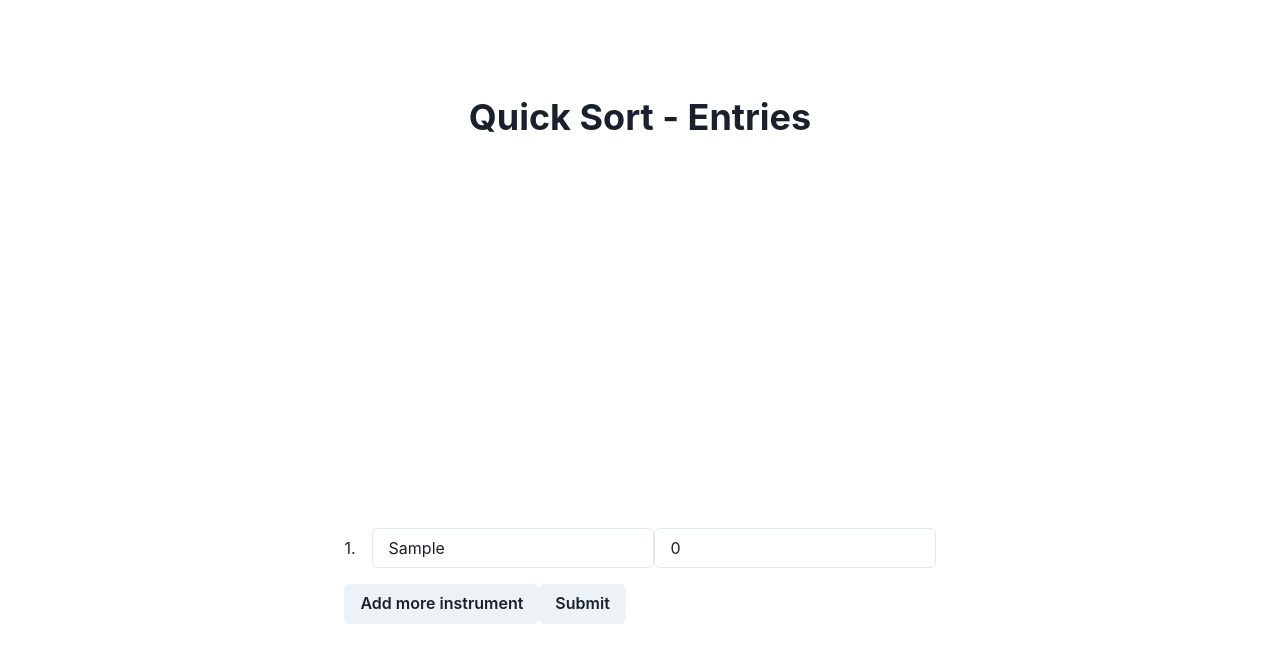
Repository: rohit-jindal18/stock-trailer
Page: /home
These files come from the project's save history. The page is drawn as it stood at one moment and after the next save; the edit follows.
The browser window is 1280 px wide. The pictures show the whole page.
The project was rebuilt for these pictures with package versions that can differ from the ones it lists, and the page was loaded fresh each time. The framework's server and built-in components were replaced by stand-ins that run in the browser. Also part of the build but not shown: next.config.js.

Above is the page before, as saved 2023-03-14 15:02:07.

After the next save:
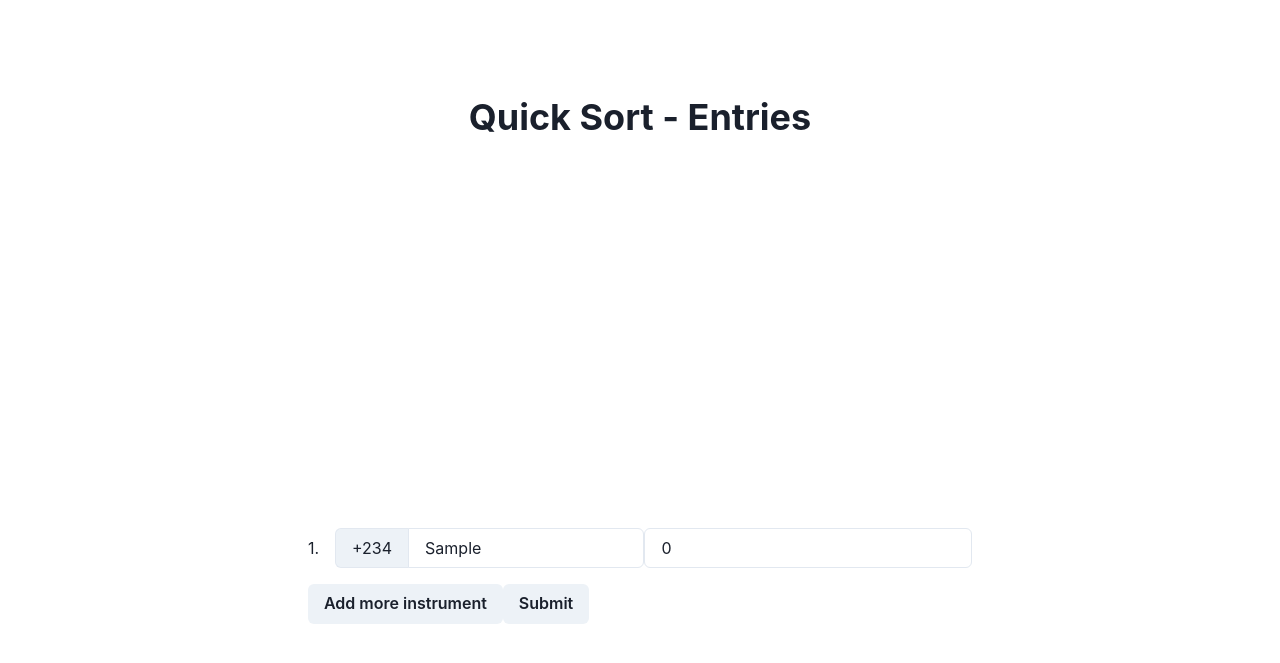
Saved 77 s later.
--- a/src/pages/home.tsx
+++ b/src/pages/home.tsx
@@ -1,4 +1,4 @@
-import { Box, Button, Heading, Input, Text } from '@chakra-ui/react'
+import { Box, Button, Heading, Input, InputGroup, InputLeftAddon, Text } from '@chakra-ui/react'
 import styles from '@stock-trailer/styles/Home.module.css'
 import { IInstrumentInfo } from '@stock-trailer/types'
 import { Inter } from 'next/font/google'
@@ -30,14 +30,18 @@ export default function Authorize() {
               return (
                 <Box display={'flex'} alignItems='center' key={`qs-${index}`} >
                   <Text mr={'16px'}>{index + 1}.</Text>
-                  <Input title='Instrument Id' display={'Instrument Id'} value={instrument.id} onChange={(event) => {
-                    const newInstruments = [
-                      ...instruments
-                    ]
-                    newInstruments[index].id = event.target.value
-                    setInstruments(newInstruments);
-                  }} />
-                  <Input value={instrument.qty} onChange={(event) => {
+                  <InputGroup>
+                    <InputLeftAddon children='+234' />
+                    <Input placeholder='Enter' title='Instrument Id' display={'Instrument Id'} value={instrument.id} onChange={(event) => {
+                      const newInstruments = [
+                        ...instruments
+                      ]
+                      newInstruments[index].id = event.target.value
+                      setInstruments(newInstruments);
+                    }} />
+                  </InputGroup>
+
+                  <Input placeholder='Enter' value={instrument.qty} onChange={(event) => {
                     const newInstruments = [
                       ...instruments
                     ]
